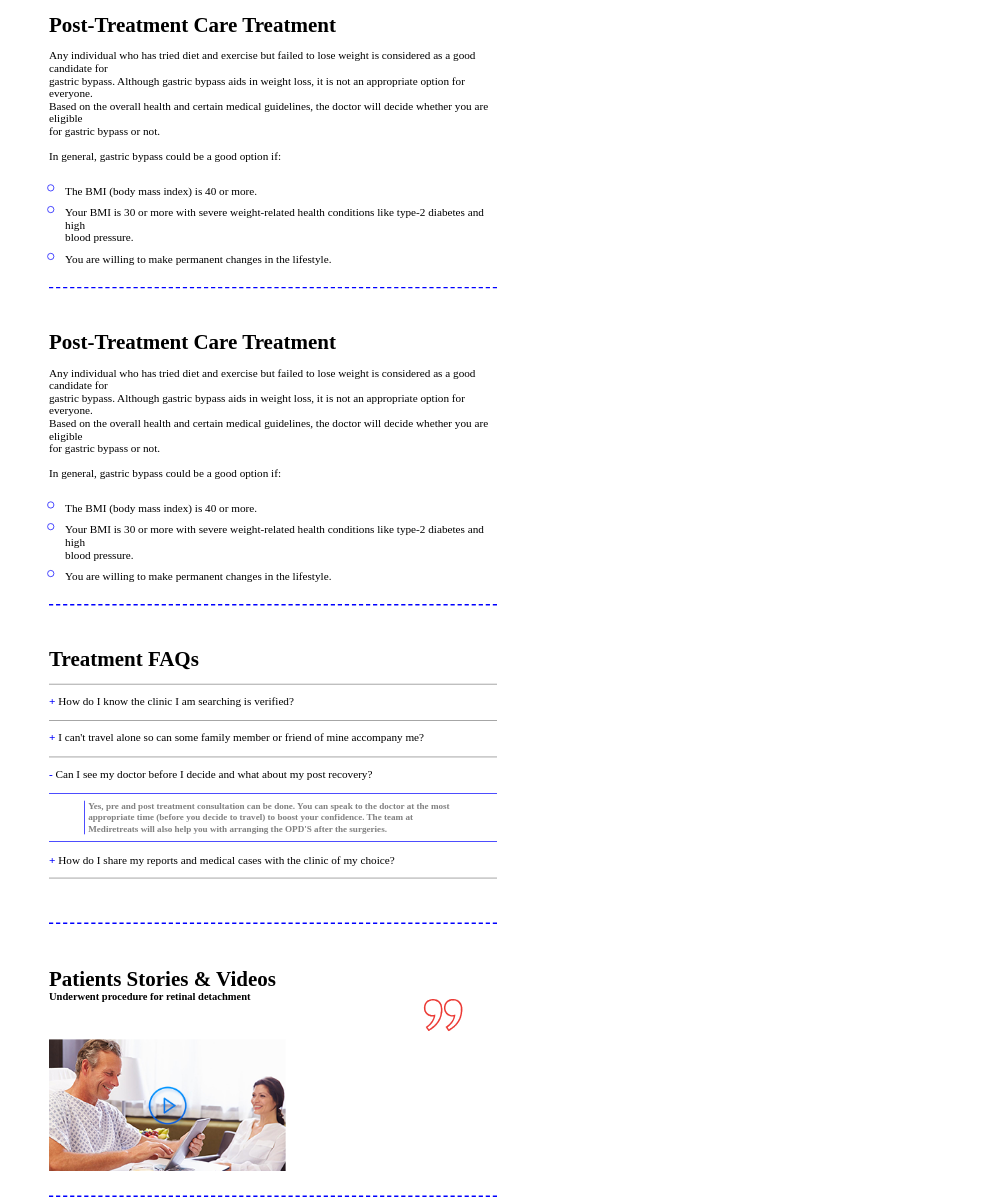
Repository: hetuk2005/webDevelopment
Page: Projects/Aafiya.html
These files come from the project's save history. The page is drawn as it stood at one moment and after the next save; the edit follows.
The browser window is 1280 px wide. The page is 1438 px wide, so the pictures cover 1438 px, including what lies to the right of the window. The pictures show the part of the page from y = 2737 to 4457 px (the page is 4457 px tall), at 70% of full size.

Above is the page before, as saved 2025-04-08 10:31:56.

### Projects/Aafiya.html
<!DOCTYPE html>
<html lang="en">

<head>
    <meta charset="UTF-8" />
    <meta name="viewport" content="width=device-width, initial-scale=1.0" />
    <title>Hetuk</title>
    <link rel="stylesheet" href="./CSS/Aafiya.css" />
</head>

<body>
    <nav>
        <div class="child1">
            <div class="images">
                <img src="./Images/Aafiya Logo.svg" alt="Aafiya Logo" class="img1" /><br />
                <img src="./Images/Logo 2.png" alt="Logo" class="img2" />
            </div>
            <div class="image_text">
                <div class="book_text">
                    <img src="./Images/Book.svg" alt="Book" class="img3" />
                    <div class="grid">
                        <br />
                        <p class="text">Second Medical Option</p>
                        <p class="text1">Book Consultation</p>
                    </div>
                </div>
                <div class="call_text">
                    <img src="./Images/Call.svg" alt="Call" class="img4" /><br />
                    <div class="grid">
                        <br />
                        <p class="text">Call Us On</p>
                        <p class="text1">985 896 2222</p>
                    </div>
                </div>
                <div class="mail_text">
                    <img src="./Images/Mail.png" alt="Mail" class="img5" />
                    <div class="grid">
                        <br />
                        <p class="text">Email Us On</p>
                        <p class="text1">info@mediretreats.com</p>
                    </div>
                </div>
                <div class="India">
                    <img src="./Images/India.svg" alt="India Flag" class="img6" />
                    <img src="./Images/Dropdown Arrow.svg" alt="Dropdown Arrow" class="img7" />
                </div>
            </div>
        </div>
        <div class="child2">
            <ul>
                <li>Home</li>
                <li>About Us</li>
                <li>Treatments +</li>
                <li>Destinations +</li>
                <li>Hospitals</li>
                <li>FAQs</li>
                <li>Blog</li>
                <li>Request A Quote</li>
            </ul>
            <input type="search" placeholder="Search" />
        </div>
    </nav>
    <div class="home_img">
        <div class="home_child">
            <p class="home_content">Home</p>
            <span> > </span>
            <p class="home_content">Treatments</p>
            <span> > </span>
            <p class="home_content">Orthopaedics</p>
            <span> > </span>
            <p class="home_content">Knee Replacement</p>
        </div>
        <br />
        <h3>Total Knee Replacement</h3>
        <p class="home_description">
            Total knee replacement is a surgery to remove and replace the whole<br /> damaged knee joint with an artificial joint.
        </p>
        <br />
        <button class="enquire_now">Enquire Now</button>
    </div>
    <div class="nav2">
        <ul>
            <li class="list">Overview</li>
            <li>Eligibility</li>
            <li>Preparation</li>
            <li>About Treatment</li>
            <li>Post-Treatment Care</li>
            <li>Recovery Tips</li>
            <li>FAQs</li>
            <li>Patients Stories</li>
        </ul>
    </div>
    <div class="treatment_overview">
        <div class="treatment_text">
            <h3>Treatment Overview</h3>
            <br />
            <p>
                Lorem ipsum dolor sit amet consectetur adipisicing elit.<br /> Earum, culpa vel debitis incidunt non quis.
            </p>
            <br />
            <p>
                Lorem ipsum dolor sit amet consectetur adipisicing elit.<br /> aliquam repudiandae, corporis consectetur dolorem eum.<br /> facilis quasi, praesentium inventore expedita quo hic.
            </p>
            <br />
            <p>
                Lorem ipsum dolor sit amet culpa vel debitis<br /> consectetur, adipisicing elit. Adipisci, nemo.
            </p>
            <br />
        </div>
        <div class="treatment_img">
            <img src="./Images/treatment_overview (1).jpg" alt="Image" />
        </div>
    </div>
    <div class="eligibility_for_treatment">
        <div class="eligibility_text">
            <h3>Eligibility For Treatment</h3>
            <br />
            <p>
                Any individual who has tried diet and exercise but failed to lose weight is considered as a good candidate for<br /> gastric bypass. Although gastric bypass aids in weight loss, it is not an appropriate option for everyone.<br /> Based
                on the overall health and certain medical guidelines, the doctor will decide whether you are eligible<br /> for gastric bypass or not.
            </p>
            <br />
            <p>In general, gastric bypass could be a good option if:</p>
            <br />
            <ul>
                <li>The BMI (body mass index) is 40 or more.</li>
                <li>
                    Your BMI is 30 or more with severe weight-related health conditions like type-2 diabetes and high<br /> blood pressure.
                </li>
                <li>You are willing to make permanent changes in the lifestyle.</li>
            </ul>
        </div>
        <br /><br /><br />
        <div class="eligibility_form">
            <h3>Need Help?</h3>
            <br />
            <p>
                Just let us know. We will be happy to<br /> assist you.
            </p>
            <br /><br />
            <form>
                <input type="text" placeholder="Full Name" /><br /><br />
                <input type="email" placeholder="Email" /><br /><br />
                <input type="tel" placeholder="Phone Number" /><br /><br />
                <input type="textarea" placeholder="Describe Your Treatment Requirement" class="textarea" /><br /><br />
                <button class="Enquiry">Send Enquiry</button>
            </form>
        </div>
    </div>
    <div class="preparation_of_treatment">
        <h3>Preparation Of Treatment</h3>
        <br />
        <p>
            Any individual who has tried diet and exercise but failed to lose weight is considered as a good candidate for<br /> gastric bypass. Although gastric bypass aids in weight loss, it is not an appropriate option for everyone.<br /> Based on
            the overall health and certain medical guidelines, the doctor will decide whether you are eligible<br /> for gastric bypass or not.
        </p>
        <br />
        <p>In general, gastric bypass could be a good option if:</p>
        <br />
        <ul>
            <li>The BMI (body mass index) is 40 or more.</li>
            <li>
                Your BMI is 30 or more with severe weight-related health conditions like type-2 diabetes and high<br /> blood pressure.
            </li>
            <li>You are willing to make permanent changes in the lifestyle.</li>
        </ul>
    </div>
    <div class="about_treatment">
        <h3>About Treatment</h3>
        <br />
        <p>
            Any individual who has tried diet and exercise but failed to lose weight is considered as a good candidate for<br /> gastric bypass. Although gastric bypass aids in weight loss, it is not an appropriate option for everyone.<br /> Based on
            the overall health and certain medical guidelines, the doctor will decide whether you are eligible<br /> for gastric bypass or not.
        </p>
        <br />
        <p>In general, gastric bypass could be a good option if:</p>
        <br />
        <ul>
            <li>The BMI (body mass index) is 40 or more.</li>
            <li>
                Your BMI is 30 or more with severe weight-related health conditions like type-2 diabetes and high<br /> blood pressure.
            </li>
            <li>You are willing to make permanent changes in the lifestyle.</li>
        </ul>
    </div>
    <div class="post_treatment">
        <h3>Post-Treatment Care Treatment</h3>
        <br />
        <p>
            Any individual who has tried diet and exercise but failed to lose weight is considered as a good candidate for<br /> gastric bypass. Although gastric bypass aids in weight loss, it is not an appropriate option for everyone.<br /> Based on
            the overall health and certain medical guidelines, the doctor will decide whether you are eligible<br /> for gastric bypass or not.
        </p>
        <br />
        <p>In general, gastric bypass could be a good option if:</p>
        <br />
        <ul>
            <li>The BMI (body mass index) is 40 or more.</li>
            <li>
                Your BMI is 30 or more with severe weight-related health conditions like type-2 diabetes and high<br /> blood pressure.
            </li>
            <li>You are willing to make permanent changes in the lifestyle.</li>
        </ul>
    </div>
    <div class="treatment_recovery">
        <h3>Post-Treatment Care Treatment</h3>
        <br />
        <p>
            Any individual who has tried diet and exercise but failed to lose weight is considered as a good candidate for<br /> gastric bypass. Although gastric bypass aids in weight loss, it is not an appropriate option for everyone.<br /> Based on
            the overall health and certain medical guidelines, the doctor will decide whether you are eligible<br /> for gastric bypass or not.
        </p>
        <br />
        <p>In general, gastric bypass could be a good option if:</p>
        <br />
        <ul>
            <li>The BMI (body mass index) is 40 or more.</li>
            <li>
                Your BMI is 30 or more with severe weight-related health conditions like type-2 diabetes and high<br /> blood pressure.
            </li>
            <li>You are willing to make permanent changes in the lifestyle.</li>
        </ul>
    </div>
    <div class="treatment_faqs">
        <h3>Treatment FAQs</h3>
        <br />
        <p>How do I know the clinic I am searching is verified?</p>
        <br />
        <p>
            I can't travel alone so can some family member or friend of mine accompany me?
        </p>
        <br />
        <p class="answered">
            Can I see my doctor before I decide and what about my post recovery?
        </p>
        <br />
        <p class="answer">
            <span class="left">
          Yes, pre and post treatment consultation can be done. You can speak to
          the doctor at the most<br />
          appropriate time (before you decide to travel) to boost your
          confidence. The team at<br />
          Mediretreats will also help you with arranging the OPD'S after the
          surgeries.
        </span>
        </p>
        <br />
        <a class="bottom">
        How do I share my reports and medical cases with the clinic of my
        choice?
      </a>
        <br />
    </div>
    <div class="patient_stories">
        <h3>Patients Stories & Videos</h3>
        <div class="stories_img">
            <div class="text1">
                <p class="stories_text">Underwent procedure for retinal detachment</p>
                <br>
                <img src="./Images/Quotes.svg" alt="Quotes" class="quotes">
            </div>
            <img src="./Images/Patient_Stories.png" alt="Image Of Patient" class="patients" />
        </div>
    </div>
</body>

</html>

### Projects/CSS/Aafiya.css
* {
    margin: 0;
    padding: 0;
    box-sizing: border-box;
}

nav {
    width: 100%;
}

.child1 {
    display: flex;
    padding-top: 15px;
    gap: 20px;
    /* height: 50vh; */
    /* border: 1px solid black; */
    justify-content: space-evenly;
    align-items: center;
}

.img3,
.img4,
.img5 {
    height: 60px;
    width: 60px;
    padding-top: 10px;
    object-fit: contain;
}

.book_text,
.call_text,
.mail_text {
    display: flex;
    width: 250px;
    /* border: 1px solid red; */
    justify-content: center;
    padding-bottom: 15px;
}

.grid {
    display: grid;
    text-align: left;
    padding-left: 10px;
}

.img1 {
    height: 70px;
    width: 300px;
    object-fit: contain;
}

.img2 {
    height: 80px;
    width: 70px;
    object-fit: contain;
}

.image_text {
    display: flex;
    gap: 20px;
    padding-right: 50px;
}

.images {
    display: flex;
    gap: 25px;
    padding-left: 50px;
    justify-content: center;
    align-items: center;
}

.text1 {
    font-weight: bolder;
    font-size: 15px;
}

.text {
    font-weight: bold;
    color: gray;
    font-size: 15px;
}

.India {
    display: flex;
    padding-left: 5px;
    justify-content: center;
    gap: 8px;
}

.India>.img6 {
    height: 50px;
    /* width: 50px; */
    padding-top: 10px;
    object-fit: contain;
}

.India>.img7 {
    height: 40px;
    /* width: 40px; */
    padding-top: 23px;
    object-fit: contain;
}

.child2 {
    display: flex;
    padding-top: 10px;
    /* border: 1px solid black; */
    justify-content: space-evenly;
    align-items: center;
    color: white;
    padding-bottom: 10px;
    background-color: rgb(125, 163, 244);
}

.child2>ul {
    list-style-type: none;
    display: flex;
    gap: 60px;
    justify-content: center;
    font-weight: bold;
    align-items: center;
    font-size: larger;
    padding-right: 60px;
}

.child2>input {
    height: 45px;
    background-color: rgb(125, 163, 244);
    width: 200px;
    padding-left: 10px;
    font-weight: bold;
    border: 2px solid black;
}

.child2>input::placeholder {
    color: white;
    text-align: center;
    font-size: large;
    font-weight: bolder;
    opacity: 0.8;
}

.home_img {
    background-image: url(../Images/Main\ Image.jpg);
    background-position: center center;
    background-size: cover;
    background-repeat: no-repeat;
    padding: 80px 0;
    padding-left: 70px;
    position: relative;
    color: white;
}

.home_img>.home_child {
    display: flex;
    gap: 20px;
}

.home_img>.home_child>.home_content,
span {
    font-size: 20px;
    font-weight: bold;
}

.home_img>h3 {
    font-size: 37px;
    font-weight: bolder;
    margin-bottom: 15px;
}

.home_img>.home_description {
    font-size: 19px;
    margin-bottom: 25px;
    font-weight: bold;
}

.home_img>.home_child>span {
    color: red;
}

.home_img>.enquire_now {
    background-color: #1da1f2;
    font-weight: bold;
    color: white;
    font-size: 17px;
    width: 170px;
    height: 40px;
}

.nav2>ul {
    list-style-type: none;
    display: flex;
    gap: 50px;
    padding-left: 60px;
    padding-top: 25px;
    padding-bottom: 20px;
    border-bottom: 2px solid gray;
    font-size: larger;
    font-weight: 300;
}

.nav2>ul>.list:hover {
    text-decoration: underline;
}

.treatment_overview {
    display: flex;
    width: 100%;
    gap: 50px;
    margin-bottom: 10px;
    border-bottom: 2px dashed blue;
    margin-left: 70px;
}

.treatment_overview>.treatment_text {
    padding-top: 67px;
    padding-bottom: 50px;
}

.treatment_overview>.treatment_text>p {
    font-size: 25px;
    padding-bottom: 25px;
}

.treatment_overview>.treatment_text>h3 {
    font-weight: bold;
    font-size: 30px;
}

.treatment_overview>.treatment_img>img {
    height: 480px;
    width: 700px;
    padding-top: 40px;
    padding-bottom: 40px;
    object-fit: contain;
    margin-right: 70px;
}

.eligibility_for_treatment {
    display: flex;
    width: 100%;
    gap: 80px;
    padding-top: 50px;
    margin-left: 70px;
}

.eligibility_for_treatment>.eligibility_text {
    border-bottom: 2px dashed blue;
}

.eligibility_for_treatment>.eligibility_text>h3 {
    font-size: 30px;
    font-weight: bold;
}

.eligibility_for_treatment>.eligibility_text>ul {
    list-style-type: circle;
    padding-left: 23px;
}

.eligibility_for_treatment>.eligibility_text>ul>li::marker {
    color: blue;
    font-size: 30px;
    font-weight: bold;
}

.eligibility_for_treatment>.eligibility_form>h3 {
    font-size: 35px;
    color: blue;
    font-weight: bold;
    font-style: italic;
}

.eligibility_form {
    box-shadow: 0 0 10px rgba(0, 0, 0, 0.4);
    border-radius: 7px;
    padding: 20px;
}

.eligibility_for_treatment>.eligibility_form>p {
    font-size: 20px;
}

.eligibility_for_treatment>.eligibility_form>form>input {
    height: 40px;
    width: 300px;
    gap: 20px;
    border: 2px solid black;
    border-radius: 7px;
}

.eligibility_for_treatment>.eligibility_form>form>input::placeholder {
    color: gray;
    padding-left: 15px;
}

.eligibility_for_treatment>.eligibility_form>form>.textarea {
    height: 100px;
    width: 300px;
    border: 2px solid black;
    border-radius: 7px;
}


/*.eligibility_for_treatment>.eligibility_form>form>.textarea::placeholder {
    padding-bottom: 70px;
}*/

.eligibility_for_treatment>.eligibility_form>form>button {
    background: linear-gradient(to right, #00aaff, #66ccff);
    color: white;
    width: 100%;
    border-radius: 7px;
    border: none;
    height: 45px;
}

.preparation_of_treatment>h3 {
    font-size: 30px;
    font-weight: bold;
}

.preparation_of_treatment {
    border-bottom: 2px dashed blue;
    margin-bottom: 10px;
    padding-bottom: 30px;
    gap: 50px;
    padding-top: 50px;
    margin-left: 70px;
    width: 50%;
}

.preparation_of_treatment>ul {
    list-style-type: circle;
    padding-left: 23px;
}

.preparation_of_treatment>ul>li::marker {
    color: blue;
    font-size: 30px;
    font-weight: bold;
}

.about_treatment {
    border-bottom: 2px dashed blue;
    margin-bottom: 10px;
    padding-bottom: 30px;
    gap: 50px;
    padding-top: 50px;
    margin-left: 70px;
    width: 50%;
}

.about_treatment>ul {
    list-style-type: circle;
    padding-left: 23px;
}

.about_treatment>ul>li::marker {
    color: blue;
    font-size: 30px;
    font-weight: bold;
}

.about_treatment>h3 {
    font-size: 30px;
    font-weight: bold;
}

.post_treatment {
    border-bottom: 2px dashed blue;
    margin-bottom: 10px;
    padding-bottom: 30px;
    gap: 50px;
    padding-top: 50px;
    margin-left: 70px;
    width: 50%;
}

.post_treatment>ul {
    list-style-type: circle;
    padding-left: 23px;
}

.post_treatment>ul>li::marker {
    color: blue;
    font-size: 30px;
    font-weight: bold;
}

.post_treatment>h3 {
    font-size: 30px;
    font-weight: bold;
}

.treatment_recovery {
    border-bottom: 2px dashed blue;
    margin-bottom: 10px;
    padding-bottom: 30px;
    gap: 50px;
    padding-top: 50px;
    margin-left: 70px;
    width: 50%;
}

.treatment_recovery>ul {
    list-style-type: circle;
    padding-left: 23px;
}

.treatment_recovery>ul>li::marker {
    color: blue;
    font-size: 30px;
    font-weight: bold;
}

.treatment_recovery>h3 {
    font-size: 30px;
    font-weight: bold;
}

.treatment_faqs>h3 {
    font-size: 30px;
    font-weight: bold;
}

.treatment_faqs {
    border-bottom: 2px dashed blue;
    padding-bottom: 45px;
    margin-bottom: 11px;
    gap: 50px;
    padding-top: 50px;
    margin-left: 70px;
    width: 50%;
}

.treatment_faqs>p {
    border-top: 1px solid gray;
    padding-top: 15px;
    counter-reset: value;
}

.treatment_faqs>p::before {
    counter-increment: value;
    content: "+  ";
    font-weight: bold;
    color: blue;
}

.treatment_faqs>.answered {
    counter-reset: value;
}

.treatment_faqs>.answered::before {
    counter-increment: value;
    content: "-  ";
    color: blue;
}

.treatment_faqs>.bottom {
    border-bottom: 1px solid gray;
    display: block;
    padding-bottom: 15px;
    counter-reset: value;
}

.treatment_faqs>.bottom::before {
    counter-increment: value;
    content: "+  ";
    font-weight: bold;
    color: blue;
}

.treatment_faqs>.answer {
    border-top: 1px solid blue;
    border-bottom: 1px solid blue;
    padding-left: 50px;
    padding-top: 10px;
    padding-bottom: 10px;
    counter-reset: value;
}

.treatment_faqs>.answer::before {
    counter-increment: value;
    content: "";
    color: blue;
}

.treatment_faqs>.answer>.left {
    border-left: 1px solid blue;
    display: block;
    font-size: small;
    padding-left: 5px;
    color: gray;
}

.patient_stories {
    border-bottom: 2px dashed blue;
    margin-bottom: 10px;
    padding-bottom: 30px;
    gap: 50px;
    padding-top: 50px;
    margin-left: 70px;
    width: 50%;
}

.patient_stories>h3 {
    font-size: 30px;
    font-weight: bold;
}

.patient_stories>.stories_img>.text1 {
    display: flex;
    gap: 20px;
}

.patient_stories>.stories_img>.text1>.quotes {
    height: 70px;
    width: 70px;
    margin-left: 200px;
    object-fit: contain;
}

After the next save:
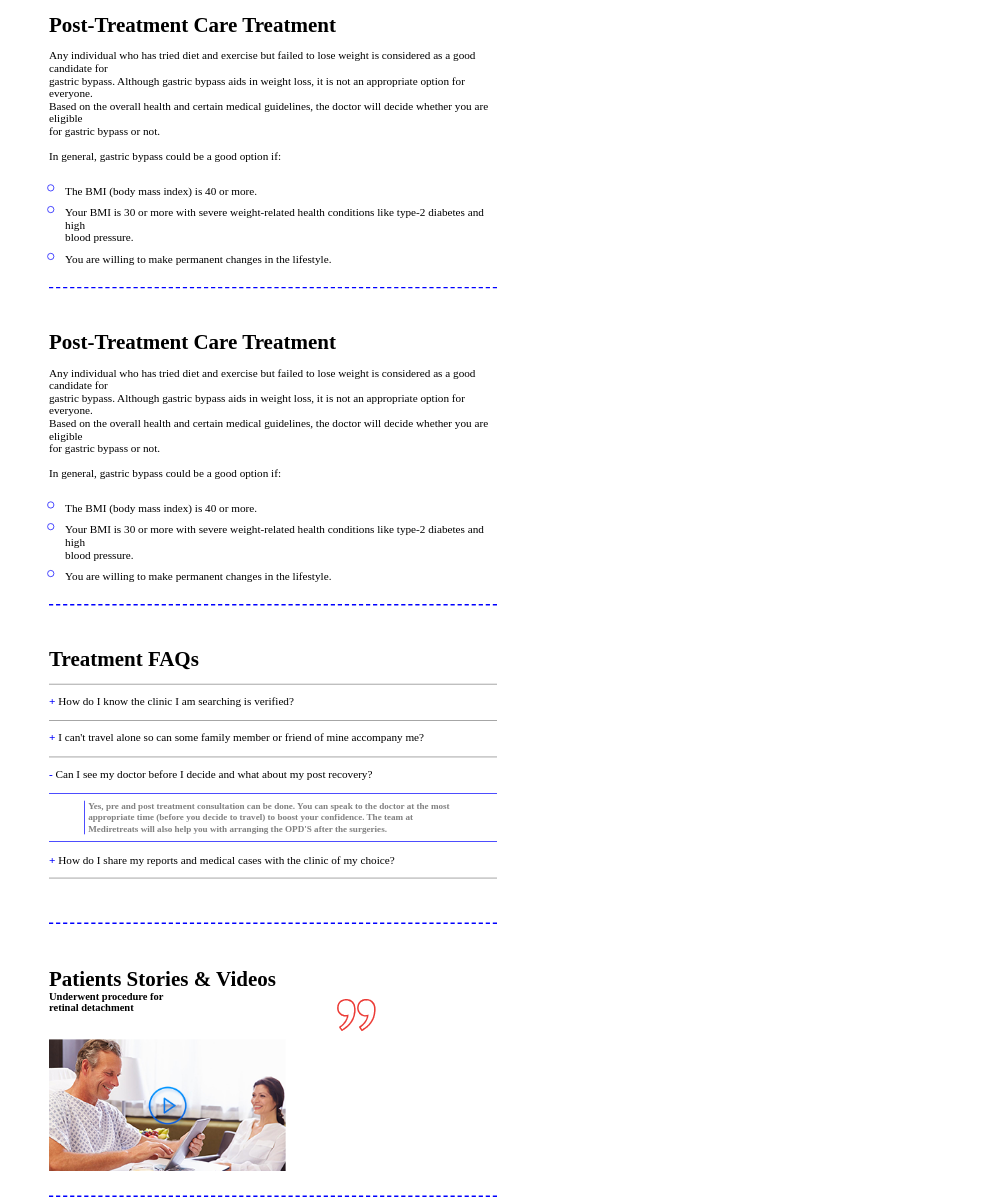
Saved 12 s later.
--- a/Projects/Aafiya.html
+++ b/Projects/Aafiya.html
@@ -253,7 +253,7 @@
         <h3>Patients Stories & Videos</h3>
         <div class="stories_img">
             <div class="text1">
-                <p class="stories_text">Underwent procedure for retinal detachment</p>
+                <p class="stories_text">Underwent procedure for<br> retinal detachment</p>
                 <br>
                 <img src="./Images/Quotes.svg" alt="Quotes" class="quotes">
             </div>
